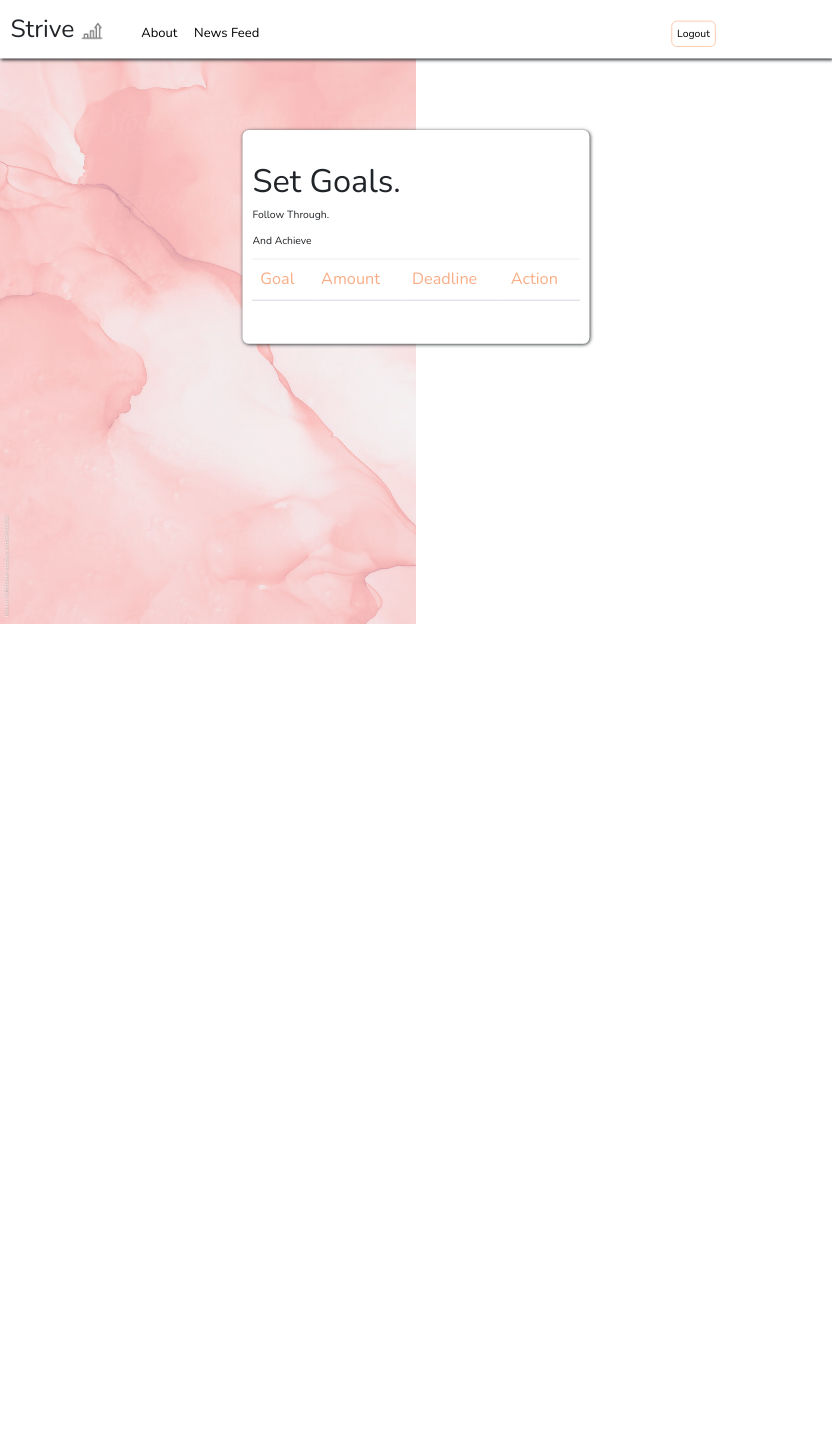
Repository: NoraOK/Strive
Page: http://localhost/strive/WEB-INF/strive/allGoals.jsp
The author's editor kept a copy of each file at every save. The page is drawn from the files as they stood at one save, then again after the next save.
The browser window is 1280 px wide. The pictures show the whole page, at 65% of full size.
The page is served by Tomcat 9. Nobody is signed in. Other server files are loaded and not shown. The template is opened directly, without the code that normally fills it, so the values that code supplies are empty.

Above is the page before, as saved 2019-12-20 09:31:32.

### strive/src/main/webapp/WEB-INF/strive/allGoals.jsp
<%@ page language="java" contentType="text/html; charset=UTF-8"
	pageEncoding="UTF-8"%>
<%@ taglib prefix="c" uri="http://java.sun.com/jsp/jstl/core"%>
<%@ taglib prefix="fmt" uri="http://java.sun.com/jsp/jstl/fmt"%>

<!DOCTYPE html>
<html>
<head>
<meta charset="UTF-8">
<title>Strive | Your Goals</title>
	<link rel="stylesheet" href="https://stackpath.bootstrapcdn.com/bootstrap/4.3.1/css/bootstrap.min.css" integrity="sha384-ggOyR0iXCbMQv3Xipma34MD+dH/1fQ784/j6cY/iJTQUOhcWr7x9JvoRxT2MZw1T" crossorigin="anonymous">
	<link href="/css/allGoals.css" rel="stylesheet" type="text/css"/>
	<link href="https://fonts.googleapis.com/css?family=Nunito:200,400,700&display=swap" rel="stylesheet">
</head>
<body>
	<div>
		<jsp:include page="header.jsp" />
	</div>
	<div class="body">
	<img src="/images/coral_abstract.jpg">
	<div class="container col-5 spotlight">
		<p class="h1">Set Goals.</p>
		<p>Follow Through.
		<p>And Achieve</p>
			<table class="table">
				<thead>
					<tr>
						<th>Goal</th>
						<th>Amount</th>
						<th>Deadline</th>
						<th>Action</th>
					</tr>
				</thead>
				<tbody>
					<c:forEach items="${user.goals}" var="goal">
						<tr>
							<td><a href="/oneGoal/${goal.id}"><c:out value="${goal.goalName}"/></a></td>
							<td><c:out value="${goal.totalGoalExpense}"/></td>
							<td><fmt:formatDate pattern="MMMM dd, yyyy" value="${goal.deadline}"/></td>
							<td>
								<form action="/deleteGoal/${goal.id}" method="post">
									<input type="hidden" name="_method" value="delete">
									<input type="submit" value="Delete">
								</form>
							</td>
						</tr>
					</c:forEach>
				</tbody>
			</table>
		</div>
	</div>
</body>
</html>

### strive/src/main/resources/static/css/allGoals.css
.body {
	padding-top: 200px;
    position: relative;
    overflow: hidden;
    height: 2200px;
    font-family:'Nunito', sans-serif;

}

.body img {
	background-color: rgba(232,114,17,1.0);
    position: absolute;
    left: 0;
    top: 0;
    width: 50%;
    height: auto;
    opacity: 0.4;
}

.spotlight{
	background-color: white;
	border-radius: 10px;
	box-shadow: 1px 1px 6px;
	padding: 50px;
}

.spotlight th{
	color: #F9AD86;
	font-size: 25px;
	color: #F9AD86;
	font-weight: 200;

}

.spotlight .h1{
	font-size: 50px;
	font-weight: 200;
}

### strive/src/main/resources/static/css/header.css
header{
	box-shadow: 2px 2px 5px;
	height: 90px;
	z-index: 10;
    position: fixed;
    width: 100%;
    font-family:'Nunito', sans-serif;
    background-color: white;
}

.logo{
	font-size: 38px;

}
.header_img{
	background-color: white;
	width: 35px;
	opacity: .5;
}

.button{
	font-size: 17px;
	color: black;
}

.link {
	font-size: 20px;
	color: black;
}

a:link {
  text-decoration: none;
}

a:visited {
  text-decoration: none;
}

a:hover {
  text-decoration: none;
}

.logout_button{
	border: solid 1.5px #F9AD86;
	border-radius: 8px;
	padding:  8px;
	color: black;
}

.logout_button:hover {
	background-color: #F9AD86;
	color: white;
}

.buttons{
	margin-left: 50%;
}

.home_button{
	color: black;
}

Loaded but not shown: strive/src/main/webapp/WEB-INF/strive/header.jsp (common file)

After the next save:
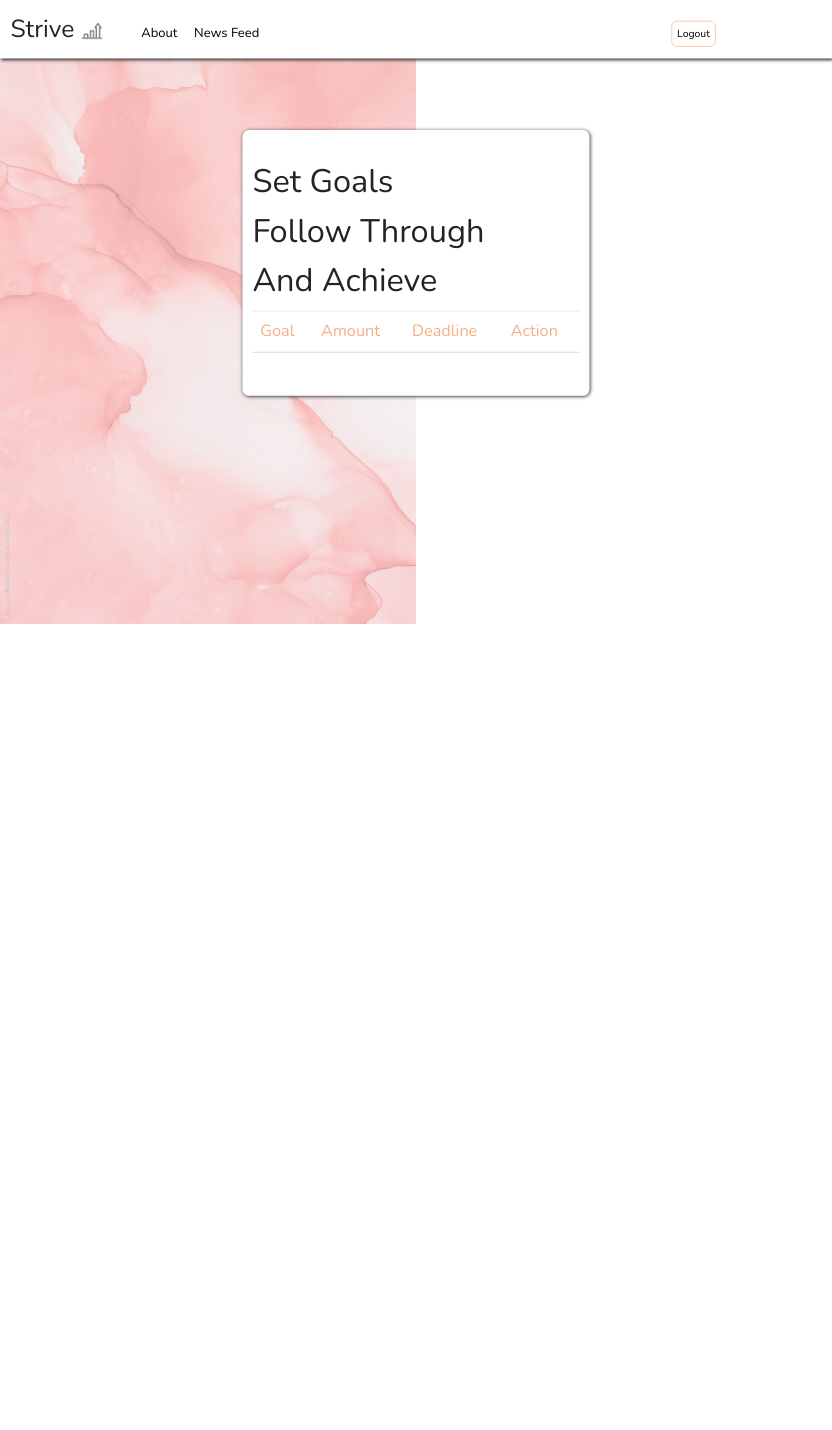
Saved 54 s later.
--- a/strive/src/main/webapp/WEB-INF/strive/allGoals.jsp
+++ b/strive/src/main/webapp/WEB-INF/strive/allGoals.jsp
@@ -19,9 +19,11 @@
 	<div class="body">
 	<img src="/images/coral_abstract.jpg">
 	<div class="container col-5 spotlight">
-		<p class="h1">Set Goals.</p>
-		<p>Follow Through.
-		<p>And Achieve</p>
+		<div class="h1">
+			<p >Set Goals</p>
+			<p>Follow Through</p>
+			<p>And Achieve</p>
+		</div>
 			<table class="table">
 				<thead>
 					<tr>
